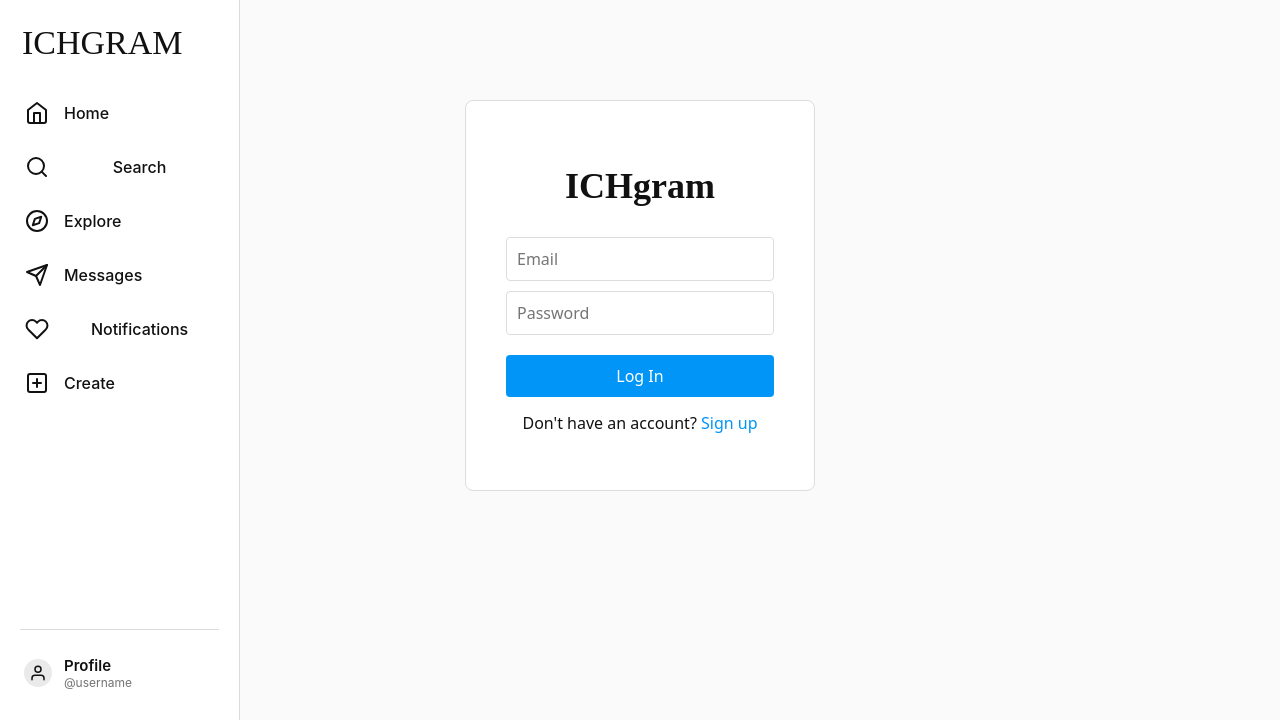
Repository: JuliiaJuliia/project-ichgram
Page: /
These files come from the project's save history. The page is drawn as it stood at one moment and after the next save; the edit follows.
The browser window is 1280 px wide. The pictures show the whole page.
The project was rebuilt for these pictures with package versions that can differ from the ones it lists, and the page was loaded fresh each time. Also part of the build but not shown: src/components/Stories.js, src/components/PostForm.js, src/components/PostCard.css, src/components/PostCard.js, src/components/Feed.js, src/components/Chat.js, src/pages/Register.js, src/pages/NotFound.js and 3 more.

Above is the page before, as saved 2026-02-19 20:23:39.

### src/index.css
:root{
  --bg:#fafafa;
  --surface:#fff;
  --text:#111;
  --muted:#737373;
  --line:#dbdbdb;
  --blue:#0095f6;

  --radius:14px;
  --shadow:0 10px 30px rgba(0,0,0,.12);
  --shadow-soft:0 6px 18px rgba(0,0,0,.10);

  --sidebar-w:240px;
  --drawer-w:420px;
  --container-w:1100px;
}

*{ box-sizing:border-box; }
html, body{ height:100%; }
body{
  margin:0;
  font-family: system-ui, -apple-system, Segoe UI, Roboto, Arial, sans-serif;
  background: var(--bg);
  color: var(--text);
}

a{ color:inherit; text-decoration:none; }
button, input{ font:inherit; }

 /* чтобы логотип Lobster не "заражал" весь sidebar */
.sidebar{
  font-family: system-ui, -apple-system, Segoe UI, Roboto, Arial, sans-serif;
}

### src/App.js
import "./App.css";
import { BrowserRouter as Router, Routes, Route } from "react-router-dom";
import ProtectedRoute from "./components/ProtectedRoute";

// ==== Компоненты ====
import Sidebar from "./components/Sidebar";
import Stories from "./components/Stories";
import PostForm from "./components/PostForm";
import Feed from "./components/Feed";
import Chat from "./components/Chat";

// ==== Страницы ====
import Login from "./pages/Login";
import Register from "./pages/Register";
import NotFound from "./pages/NotFound";
import Profile from "./pages/Profile";

// ==== Внутренние компоненты страниц ====
function Home() {
  return (
    <div className="main-content">
      <Stories />
      <PostForm />
      <Feed />
    </div>
  );
}

function Messages() {
  const chatId = "123";
  const userId = "user123";

  return (
    <div className="main-content">
      <h2>Messages</h2>
      <Chat chatId={chatId} userId={userId} />
    </div>
  );
}

// ==== Основной компонент приложения ====
function App() {
  return (
    <Router>
      <div className="app-container">
        {/* Левое меню (Sidebar) */}
        <Sidebar />

        {/* Настройка маршрутов */}
        <Routes>

          {/* ===== Закрытые маршруты ===== */}
          <Route
            path="/"
            element={
              <ProtectedRoute>
                <Home />
              </ProtectedRoute>
            }
          />

          <Route
            path="/messages"
            element={
              <ProtectedRoute>
                <Messages />
              </ProtectedRoute>
            }
          />

          <Route
            path="/profile"
            element={
              <ProtectedRoute>
                <Profile />
              </ProtectedRoute>
            }
          />

          {/* ===== Публичные маршруты (без авторизации) ===== */}
          <Route path="/login" element={<Login />} />
          <Route path="/register" element={<Register />} />

          {/* ===== 404 ===== */}
          <Route path="*" element={<NotFound />} />

        </Routes>
      </div>
    </Router>
  );
}

export default App;

### src/App.css
.app-container {
  display: flex;
}

.main-content {
  margin-left: 260px;
  padding: 20px;
  width: 100%;
  max-width: 700px;
}

### src/components/ProtectedRoute.js
import React from "react";
import { Navigate } from "react-router-dom";

function ProtectedRoute({ children }) {
  const token = localStorage.getItem("token");

  if (!token) {
    // Если юзер не авторизован — перебрасываем на логин
    return <Navigate to="/login" replace />;
  }

  return children;
}

export default ProtectedRoute;

### src/components/Sidebar.js
import React from "react";
import { NavLink, useNavigate } from "react-router-dom";
import "./Sidebar.css";

import {
  FiHome,
  FiSearch,
  FiCompass,
  FiSend,
  FiHeart,
  FiPlusSquare,
  FiUser,
} from "react-icons/fi";

export default function Sidebar(props) {
  const navigate = useNavigate();

  // Безопасно: если проп не пришёл — не падаем
  const openPanel =
    typeof props.onOpenPanel === "function" ? props.onOpenPanel : null;

  const handleSearch = () => {
    if (openPanel) return openPanel("search");
    navigate("/search");
  };

  const handleNotifications = () => {
    if (openPanel) return openPanel("notifications");
    navigate("/notifications");
  };

  return (
    <aside className="sidebar">
      <div className="sidebar__logo" onClick={() => navigate("/")}>
        <span className="sidebar__logoText">ICHGRAM</span>
      </div>

      <nav className="sidebar__nav">
        <NavLink to="/" className="sidebar__item">
          <span className="sidebar__icon">
            <FiHome size={24} />
          </span>
          <span className="sidebar__label">Home</span>
        </NavLink>

        <button type="button" className="sidebar__item" onClick={handleSearch}>
          <span className="sidebar__icon">
            <FiSearch size={24} />
          </span>
          <span className="sidebar__label">Search</span>
        </button>

        <NavLink to="/explore" className="sidebar__item">
          <span className="sidebar__icon">
            <FiCompass size={24} />
          </span>
          <span className="sidebar__label">Explore</span>
        </NavLink>

        <NavLink to="/messages" className="sidebar__item">
          <span className="sidebar__icon">
            <FiSend size={24} />
          </span>
          <span className="sidebar__label">Messages</span>
        </NavLink>

        <button
          type="button"
          className="sidebar__item"
          onClick={handleNotifications}
        >
          <span className="sidebar__icon">
            <FiHeart size={24} />
          </span>
          <span className="sidebar__label">Notifications</span>
        </button>

        <NavLink to="/create" className="sidebar__item">
          <span className="sidebar__icon">
            <FiPlusSquare size={24} />
          </span>
          <span className="sidebar__label">Create</span>
        </NavLink>
      </nav>

      <div className="sidebar__bottom">
        <div className="sidebar__divider" />

        <NavLink to="/profile" className="sidebar__profile">
          <div className="sidebar__avatar" style={{ display: "flex", alignItems: "center", justifyContent: "center" }}>
            <FiUser size={18} />
          </div>
          <div className="sidebar__profileText">
            <div className="sidebar__profileName">Profile</div>
            <div className="sidebar__profileSub">@username</div>
          </div>
        </NavLink>
      </div>
    </aside>
  );
}

### src/pages/Login.js
import React, { useState } from "react";
import { Link, useNavigate } from "react-router-dom";
import axios from "axios";
import "./Auth.css";

function Login() {
  const [email, setEmail] = useState("");
  const [password, setPassword] = useState("");
  const navigate = useNavigate();

  const handleLogin = async (e) => {
    e.preventDefault();

    try {
      // 👇 тут звернення до твого реального backend API
      const { data } = await axios.post("http://localhost:3001/api/auth/login", {
        email,
        password,
      });

      // Збережемо токен для подальших запитів
      localStorage.setItem("token", data.token);
      localStorage.setItem("user", JSON.stringify(data.user));

      alert("✅ Вхід успішний!");
      navigate("/"); // після логіну — на головну сторінку
    } catch (err) {
      alert("❌ " + (err.response?.data?.message || "Login error"));
      console.error(err);
    }
  };

  return (
    <div className="auth-container">
      <h1>ICHgram</h1>
      <form onSubmit={handleLogin}>
        <input
          type="email"
          placeholder="Email"
          value={email}
          onChange={(e) => setEmail(e.target.value)}
          required
        />

        <input
          type="password"
          placeholder="Password"
          value={password}
          onChange={(e) => setPassword(e.target.value)}
          required
        />

        <button type="submit">Log In</button>
      </form>

      <p>
        Don't have an account? <Link to="/register">Sign up</Link>
      </p>
    </div>
  );
}

export default Login;

### src/components/Sidebar.css
/* сама панель */
.sidebar{
    width:245px;
    height:100vh;
    position:fixed;
    left:0;
    top:0;
    background:#ffffff;
    border-right:1px solid #dbdbdb;
    padding:18px 12px;
    display:flex;
    flex-direction:column;

    font-family: -apple-system, BlinkMacSystemFont, "Segoe UI",
                 Roboto, Helvetica, Arial, sans-serif;
  }

  /* ЛОГО ICHGRAM — теперь будет как на логине */
  .sidebar__logo{
    font-family: 'Lobster', cursive;
    font-size:36px;
    font-weight:400;
    margin:6px 0 28px 10px;
    letter-spacing:0px;
  }

  /* список */
  .sidebar__nav{
    display:flex;
    flex-direction:column;
    gap:6px;
  }

  /* пункт меню */
  .sidebar__item{
    display:flex;
    align-items:center;
    gap:16px;
    padding:12px 12px;
    border-radius:12px;
    background:transparent;
    cursor:pointer;
    border:0;

    font-size:16px;
    font-weight:500;
    color:#111;
  }

  /* hover как в instagram */
  .sidebar__item:hover{
    background:#f2f2f2;
  }

  /* иконки */
  .sidebar__icon{
    width:26px;
    display:flex;
    justify-content:center;
    align-items:center;
    font-size:22px;
  }

  /* нижний профиль */
  .sidebar__bottom{
    margin-top:auto;
  }

  .sidebar__profile{
    display:flex;
    align-items:center;
    gap:12px;
    padding:12px;
    border-radius:12px;
    text-decoration:none;
    color:#111;
    font-size:16px;
  }

  .sidebar__profile:hover{
    background:#f2f2f2;
  }

  .sidebar__avatar{
    width:28px;
    height:28px;
    border-radius:50%;
    background:#ddd;
  }

### src/components/Stories.css
/* ===== Sidebar container ===== */
.sidebar{
  width: 240px;
  height: 100vh;
  position: fixed;
  left: 0;
  top: 0;
  background: #ffffff;
  border-right: 1px solid #dbdbdb;
  padding: 18px 12px;
  display: flex;
  flex-direction: column;
  z-index: 50;

  /* системный шрифт как в Instagram */
  font-family: -apple-system, BlinkMacSystemFont, "Segoe UI",
               Roboto, Helvetica, Arial, sans-serif;
}

/* ===== LOGO (тот же, что на логине) ===== */
.sidebar__logo{
  font-family: 'Lobster', cursive;
  font-size: 34px;
  font-weight: 400;
  margin: 6px 0 26px 10px;
  letter-spacing: 0;
  cursor: pointer;
  user-select: none;
}

.sidebar__logoText{
  font-family: 'Lobster', cursive;
}

/* ===== Navigation ===== */
.sidebar__nav{
  display: flex;
  flex-direction: column;
  gap: 4px;
}

/* menu item */
.sidebar__item{
  display: flex;
  align-items: center;
  gap: 14px;
  padding: 12px 12px;
  border-radius: 12px;
  background: transparent;
  cursor: pointer;
  border: 0;

  font-size: 16px;
  font-weight: 500;
  line-height: 20px;
  color: #111;
  transition: background 0.15s ease;
}

.sidebar__item:hover{
  background: #f2f2f2;
}

/* active route (NavLink) */
.sidebar__item.active{
  font-weight: 700;
}

/* icons */
.sidebar__icon{
  width: 26px;
  height: 26px;
  display: flex;
  justify-content: center;
  align-items: center;
}

/* text */
.sidebar__label{
  flex: 1;
}

/* ===== bottom profile ===== */
.sidebar__bottom{
  margin-top: auto;
}

.sidebar__divider{
  height: 1px;
  background: #dbdbdb;
  margin: 10px 8px 14px;
}

.sidebar__profile{
  display: flex;
  align-items: center;
  gap: 12px;
  padding: 12px;
  border-radius: 12px;
  text-decoration: none;
  color: #111;
  transition: background 0.15s ease;
}

.sidebar__profile:hover{
  background: #f2f2f2;
}

.sidebar__avatar{
  width: 28px;
  height: 28px;
  border-radius: 50%;
  background: #eaeaea;
  display: flex;
  align-items: center;
  justify-content: center;
}

.sidebar__profileName{
  font-size: 15px;
  font-weight: 600;
}

.sidebar__profileSub{
  font-size: 12px;
  color: #737373;
}

### src/pages/Auth.css
.auth-container {
    width: 350px;
    margin: 100px auto;
    text-align: center;
    background: #fff;
    padding: 40px;
    border: 1px solid #ddd;
    border-radius: 8px;
  }

  .auth-container h1 {
    font-family: 'Brush Script MT', cursive;
    font-size: 36px;
    margin-bottom: 30px;
  }

  .auth-container input {
    display: block;
    width: 100%;
    margin: 10px 0;
    padding: 10px;
    border: 1px solid #ddd;
    border-radius: 4px;
  }

  .auth-container button {
    width: 100%;
    padding: 10px;
    background-color: #0095f6;
    color: white;
    border: none;
    border-radius: 4px;
    margin-top: 10px;
  }

  .auth-container p {
    margin-top: 15px;
  }

  .auth-container a {
    color: #0095f6;
    text-decoration: none;
  }

Loaded but not shown: public/index.html (common file); src/index.js (common file); src/reportWebVitals.js (common file)

After the next save:
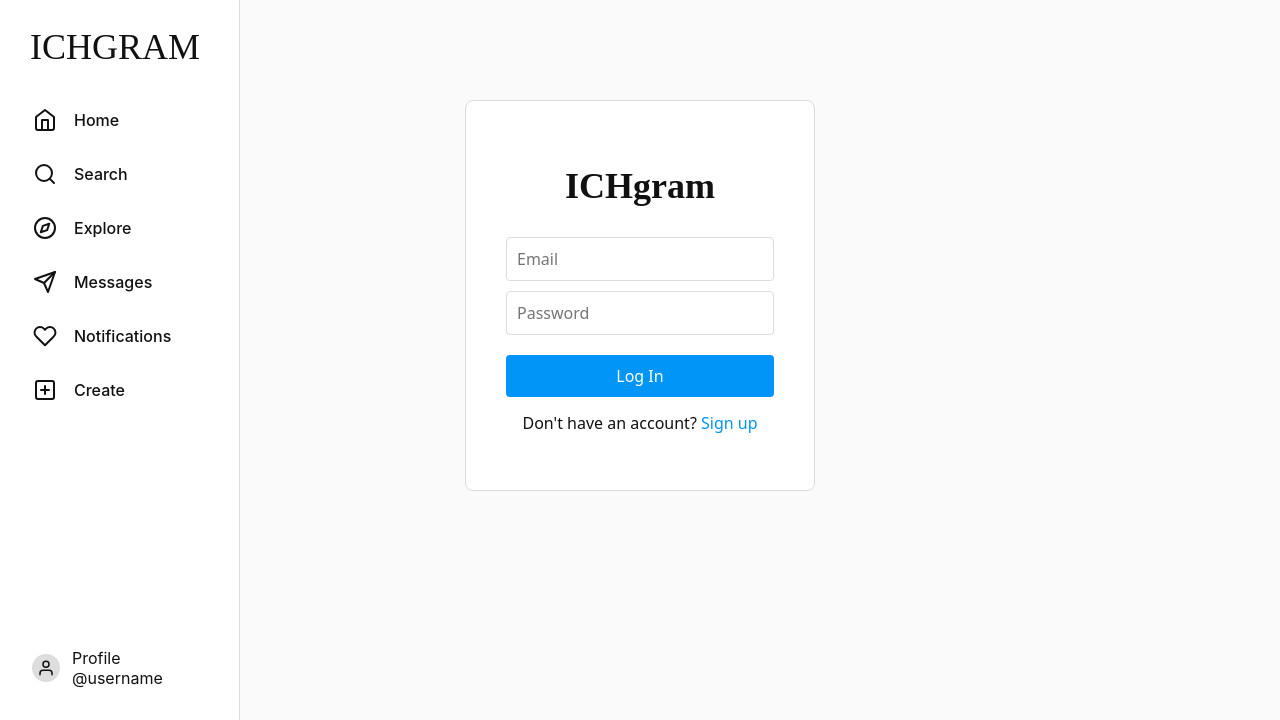
Saved 9 s later.
--- a/src/components/Stories.css
+++ b/src/components/Stories.css
@@ -1,127 +1,27 @@
-/* ===== Sidebar container ===== */
-.sidebar{
-  width: 240px;
-  height: 100vh;
-  position: fixed;
-  left: 0;
-  top: 0;
-  background: #ffffff;
-  border-right: 1px solid #dbdbdb;
-  padding: 18px 12px;
-  display: flex;
-  flex-direction: column;
-  z-index: 50;
+.sidebar {
+    width: 240px;
+    height: 100vh;
+    border-right: 1px solid #ddd;
+    padding: 20px;
+    position: fixed;
+    left: 0;
+    top: 0;
+    background: white;
+  }
 
-  /* системный шрифт как в Instagram */
-  font-family: -apple-system, BlinkMacSystemFont, "Segoe UI",
-               Roboto, Helvetica, Arial, sans-serif;
-}
+  .logo {
+    font-size: 24px;
+    margin-bottom: 30px;
+  }
 
-/* ===== LOGO (тот же, что на логине) ===== */
-.sidebar__logo{
-  font-family: 'Lobster', cursive;
-  font-size: 34px;
-  font-weight: 400;
-  margin: 6px 0 26px 10px;
-  letter-spacing: 0;
-  cursor: pointer;
-  user-select: none;
-}
+  .nav-item {
+    padding: 12px 0;
+    font-size: 18px;
+    cursor: pointer;
+  }
 
-.sidebar__logoText{
-  font-family: 'Lobster', cursive;
-}
-
-/* ===== Navigation ===== */
-.sidebar__nav{
-  display: flex;
-  flex-direction: column;
-  gap: 4px;
-}
-
-/* menu item */
-.sidebar__item{
-  display: flex;
-  align-items: center;
-  gap: 14px;
-  padding: 12px 12px;
-  border-radius: 12px;
-  background: transparent;
-  cursor: pointer;
-  border: 0;
-
-  font-size: 16px;
-  font-weight: 500;
-  line-height: 20px;
-  color: #111;
-  transition: background 0.15s ease;
-}
-
-.sidebar__item:hover{
-  background: #f2f2f2;
-}
-
-/* active route (NavLink) */
-.sidebar__item.active{
-  font-weight: 700;
-}
-
-/* icons */
-.sidebar__icon{
-  width: 26px;
-  height: 26px;
-  display: flex;
-  justify-content: center;
-  align-items: center;
-}
-
-/* text */
-.sidebar__label{
-  flex: 1;
-}
-
-/* ===== bottom profile ===== */
-.sidebar__bottom{
-  margin-top: auto;
-}
-
-.sidebar__divider{
-  height: 1px;
-  background: #dbdbdb;
-  margin: 10px 8px 14px;
-}
-
-.sidebar__profile{
-  display: flex;
-  align-items: center;
-  gap: 12px;
-  padding: 12px;
-  border-radius: 12px;
-  text-decoration: none;
-  color: #111;
-  transition: background 0.15s ease;
-}
-
-.sidebar__profile:hover{
-  background: #f2f2f2;
-}
-
-.sidebar__avatar{
-  width: 28px;
-  height: 28px;
-  border-radius: 50%;
-  background: #eaeaea;
-  display: flex;
-  align-items: center;
-  justify-content: center;
-}
-
-.sidebar__profileName{
-  font-size: 15px;
-  font-weight: 600;
-}
-
-.sidebar__profileSub{
-  font-size: 12px;
-  color: #737373;
-}
+  .nav-item:hover {
+    background: #f5f5f5;
+    border-radius: 8px;
+    padding-left: 10px;
+  }
